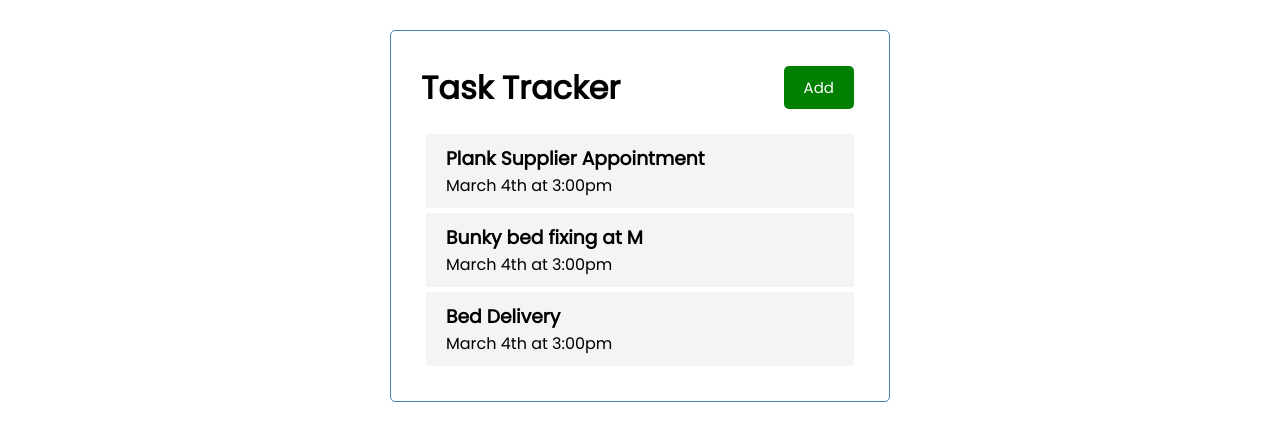
Repository: biggie-pti/task-tracker-react-app
Page: /
These files come from the project's save history. The page is drawn as it stood at one moment and after the next save; the edit follows.
The browser window is 1280 px wide. The pictures show the whole page.
The project was rebuilt for these pictures with package versions that can differ from the ones it lists, and the page was loaded fresh each time.

Above is the page before, as saved 2022-02-20 15:41:45.

After the next save:
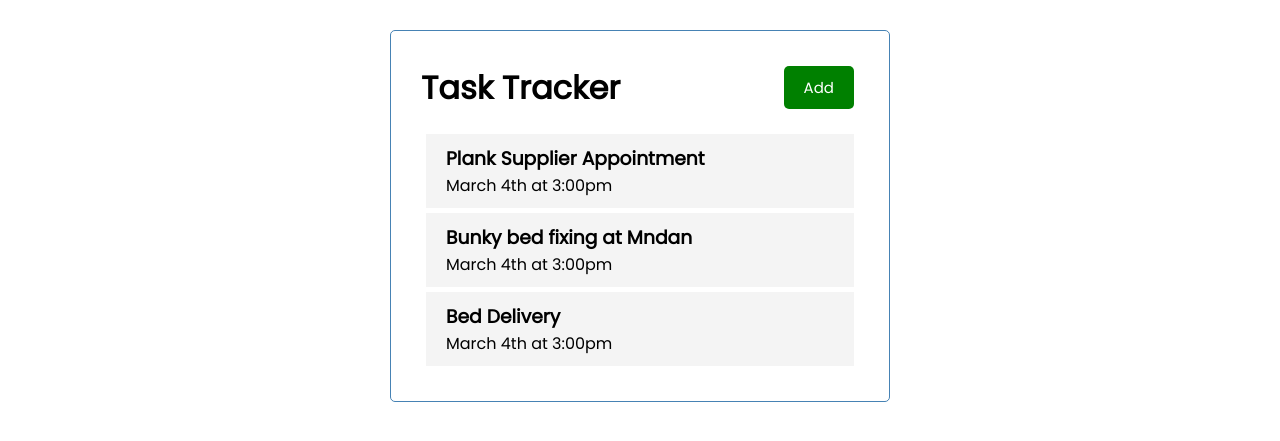
Saved 4 s later.
--- a/src/App.js
+++ b/src/App.js
@@ -14,7 +14,7 @@ function App() {
         },
         {
             id: 2,
-            text: 'Bunky bed fixing at M',
+            text: 'Bunky bed fixing at Mndan',
             day: 'March 4th at 3:00pm',
             reminder: true,
         },
